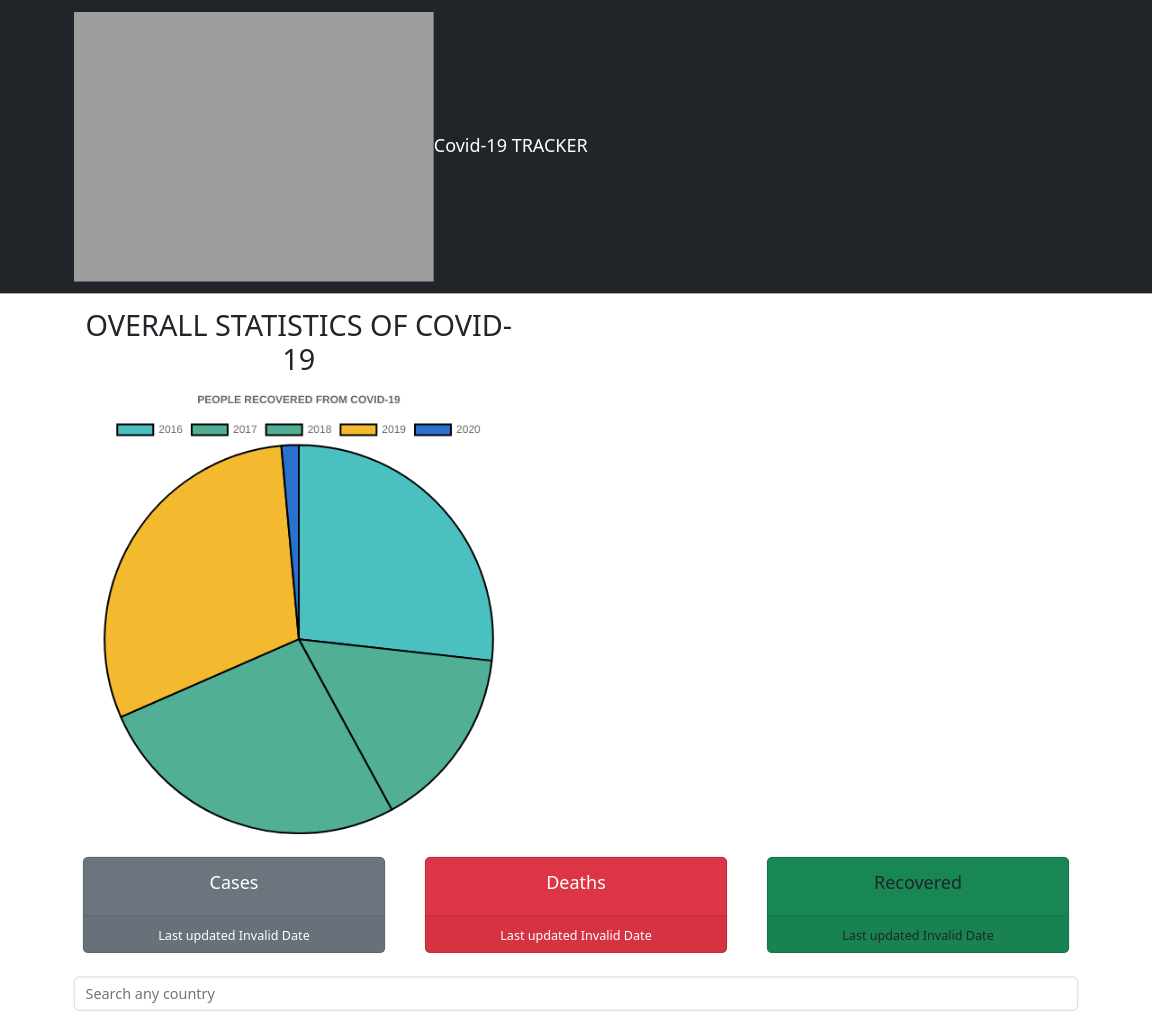
Repository: azizdeghais/CovidTracker
Page: /
The author's editor kept a copy of each file at every save. The page is drawn from the files as they stood at one save, then again after the next save.
The browser window is 1280 px wide. The pictures show the whole page, at 90% of full size.
Pictures or frames that could not be fetched are drawn as grey boxes. The page's requests for data from a server got no answer. The project was rebuilt for these pictures with package versions that can differ from the ones it lists, and the page was loaded fresh each time. No one was signed in, and anything a server would have sent is missing. Also part of the build but not shown: vite.config.js.

Above is the page before, as saved 2023-03-10 17:34:39.

### index.html
<!DOCTYPE html>
<html lang="en">
  <head>
    <meta charset="UTF-8" />
    <link rel="icon" type="image/svg+xml" href="/vite.svg" />
    <meta name="viewport" content="width=device-width, initial-scale=1.0" />
    <title>Covid-19 Tracker</title>

  </head>
  <body>
    <div id="root"></div>
    <script type="module" src="/src/main.jsx"></script>
  </body>
</html>

### src/main.jsx
import React from 'react'
import ReactDOM from 'react-dom/client'
import App from './App'
import 'bootstrap/dist/css/bootstrap.min.css';


ReactDOM.createRoot(document.getElementById('root')).render(
  <React.StrictMode>
    <App />
  </React.StrictMode>,
)

### src/App.jsx
import React, { useEffect,useState } from 'react'

import Chart from "chart.js/auto";
import { CategoryScale } from "chart.js";
import PieChart from './components/PieChart';
import { Data } from './utils/Data';


import axios from 'axios'
import Container from 'react-bootstrap/Container';
import Row from 'react-bootstrap/Row';
import Col from 'react-bootstrap/Col';
import Card from 'react-bootstrap/Card';
import Stack from 'react-bootstrap/Stack';
import Form from 'react-bootstrap/Form';



import './App.css'
import Nav from './components/Nav';



Chart.register(CategoryScale);


function App() {

  const [chartData, setChartData] = useState({
    labels: Data.map((data) => data.year),
    datasets: [
      {
        label: "Users Gained ",
        data: Data.map((data) => data.userGain),
        backgroundColor: [
          "rgba(75,192,192,1)",
          "#50AF95",
          "#50AF95",
          "#f3ba2f",
          "#2a71d0"
        ],
        borderColor: "black",
        borderWidth: 2
      }
    ]
  })
  const [latest,setLatest]=useState([])
  const [results,setResults]=useState([])
  const [searchCountries,setSearchCountries]=useState('')


  useEffect(()=>{
    axios.all([
      axios.get('https://corona.lmao.ninja/v3/covid-19/all'),
      axios.get('https://corona.lmao.ninja/v3/covid-19/countries')
  ])

    .then(resArr=>{
           setLatest(resArr[0].data)
           setResults(resArr[1].data)
    })
    .catch(err=>{
      console.log(err)
    })
  },[])

  const date=new Date(parseInt(latest.updated));
  const lastUpdated=date.toString();

  const filterCountries=results.filter(item=>{
    return searchCountries !== ''
     ? item.country.includes(searchCountries)
     : item
   })

   const countries = filterCountries.map((data,i)=>{
    return (
      <Card
      key={i}
      bg='light'
      text='dark'
      className='text-center'
      style={{margin:'10px'}}
      >
        <Card.Img variant='top' src={data.countryInfo.flag} />
      <Card.Body>
        <Card.Title>{data.country}</Card.Title>
        <Card.Text>Cases: {data.cases}</Card.Text>
        <Card.Text>Deaths: {data.deaths}</Card.Text>
        <Card.Text>Recovered: {data.recovered}</Card.Text>
        <Card.Text>Today's cases: {data.todayCases}</Card.Text>
        <Card.Text>Today's deaths: {data.todayDeaths}</Card.Text>
        <Card.Text>Active {data.active}</Card.Text>


      </Card.Body>

      </Card>

    )
   })




  return (
    <>
    <Nav/>
    <Container>
    <div  style={{width:'500px',height:'300px',marginBottom:'300px'}}>
        <PieChart chartData={chartData}/>
    </div>

      <Row className='mb-3'>
        <Col>
          <Card className='text-center' bg='secondary' text='white' style={{margin:'10px'}} >
            <Card.Body>
              <Card.Title>Cases</Card.Title>
              <Card.Text>
                {latest.cases}
              </Card.Text>
            </Card.Body>
            <Card.Footer>
              <small>Last updated {lastUpdated}</small>
            </Card.Footer>
          </Card>
        </Col>
        <Col>
          <Card className='text-center' bg='danger' text='white' style={{margin:'10px'}}>
            <Card.Body>
              <Card.Title>Deaths</Card.Title>
              <Card.Text>
                {latest.deaths}
              </Card.Text>
            </Card.Body>
            <Card.Footer>
            <small>Last updated {lastUpdated}</small>

            </Card.Footer>
          </Card>
        </Col>
        <Col>
          <Card className='text-center' bg='success' style={{margin:'10px'}} >
            <Card.Body>
              <Card.Title>Recovered</Card.Title>
              <Card.Text>
               {latest.recovered}
              </Card.Text>
            </Card.Body>
            <Card.Footer>
            <small>Last updated {lastUpdated}</small>

            </Card.Footer>
          </Card>
        </Col>
      </Row>
      <Form className='mb-3'>
      <Form.Group >
        <Form.Control
         type='text'
         placeholder='Search any country'
         onChange={e=> setSearchCountries(e.target.value)} />
      </Form.Group>
      </Form>
      <div className='countries-list'>
      {countries}
      </div>


    </Container>
    </>
  )
}

export default App

### src/components/PieChart.jsx
import React from "react";
import { Pie } from "react-chartjs-2";

function PieChart({ chartData }) {
  return (
    <div className="chart-container">
      <h2 style={{ textAlign: "center" }}>OVERALL STATISTICS OF COVID-19 </h2>
      <Pie
        data={chartData}
        options={{
          plugins: {
            title: {
              display: true,
              text: "PEOPLE RECOVERED FROM COVID-19"
            }
          }
        }}
       width={600}
       height={100}
      />
    </div>
  );
}
export default PieChart;

### src/App.css
.countries-list{
    display:flex;
    flex-direction:row;
    width: '1000px';
    flex-wrap: wrap;
    justify-content: space-between;
}

### src/components/Nav.jsx
import React from 'react'
import Container from 'react-bootstrap/Container';
import Navbar from 'react-bootstrap/Navbar';

const Nav = () => {
  return (
    <>

    <Navbar bg="dark" variant="dark" className='mb-3'>
      <Container>
        <Navbar.Brand href="#home">
        <img src="https://img.icons8.com/color/48/null/coronavirus--v1.png"/>
          Covid-19 TRACKER
        </Navbar.Brand>
      </Container>
    </Navbar>
  </>
  )
}

export default Nav

Loaded but not shown: src/utils/Data.js (common file)

After the next save:
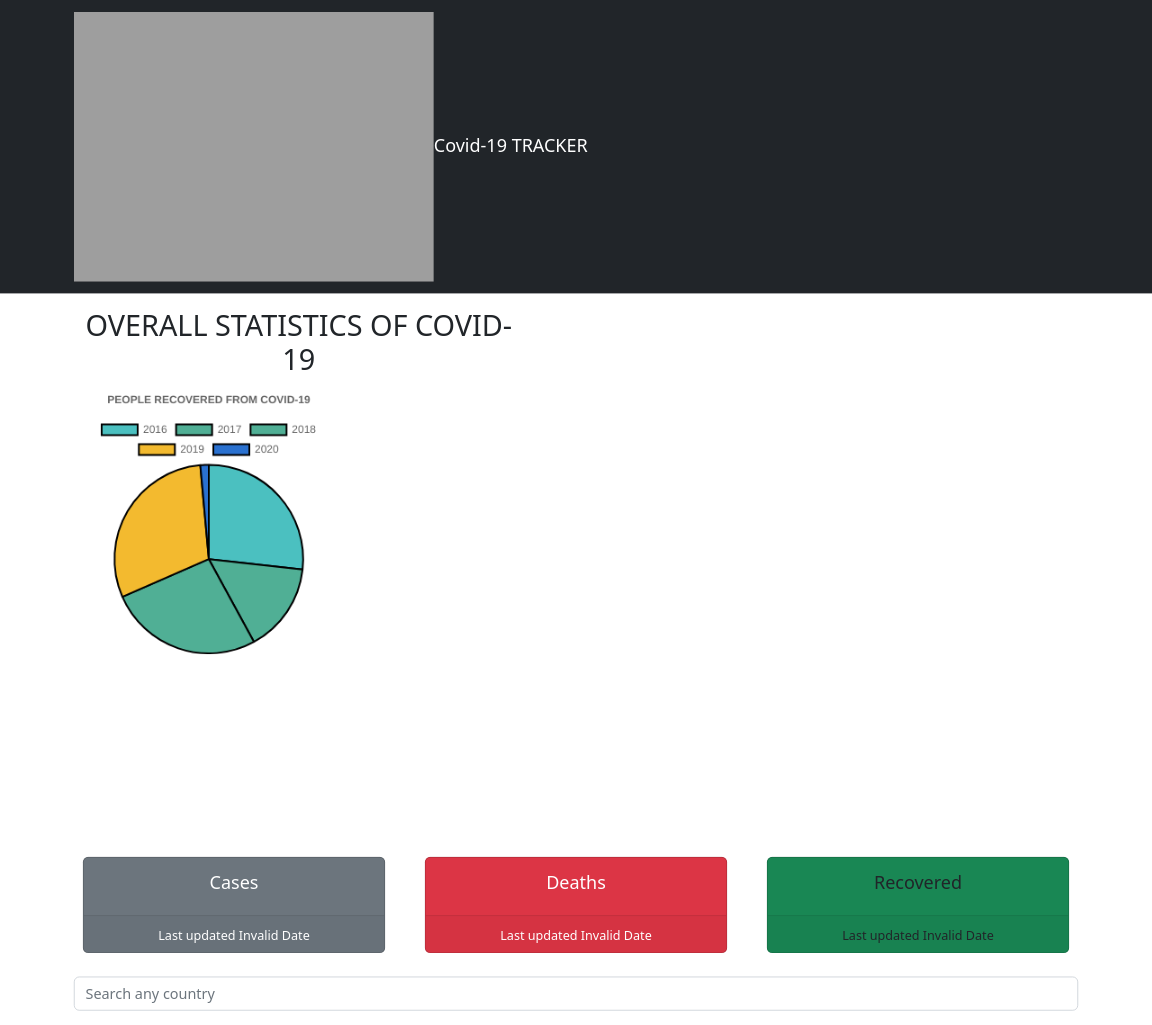
Saved 13 s later.
--- a/src/App.jsx
+++ b/src/App.jsx
@@ -107,7 +107,7 @@ function App() {
     <>
     <Nav/>
     <Container>
-    <div  style={{width:'500px',height:'300px',marginBottom:'300px'}}>
+    <div  style={{width:'500px',height:'300px',marginBottom:'300px',display:'flex'}}>
         <PieChart chartData={chartData}/>
     </div>
 
